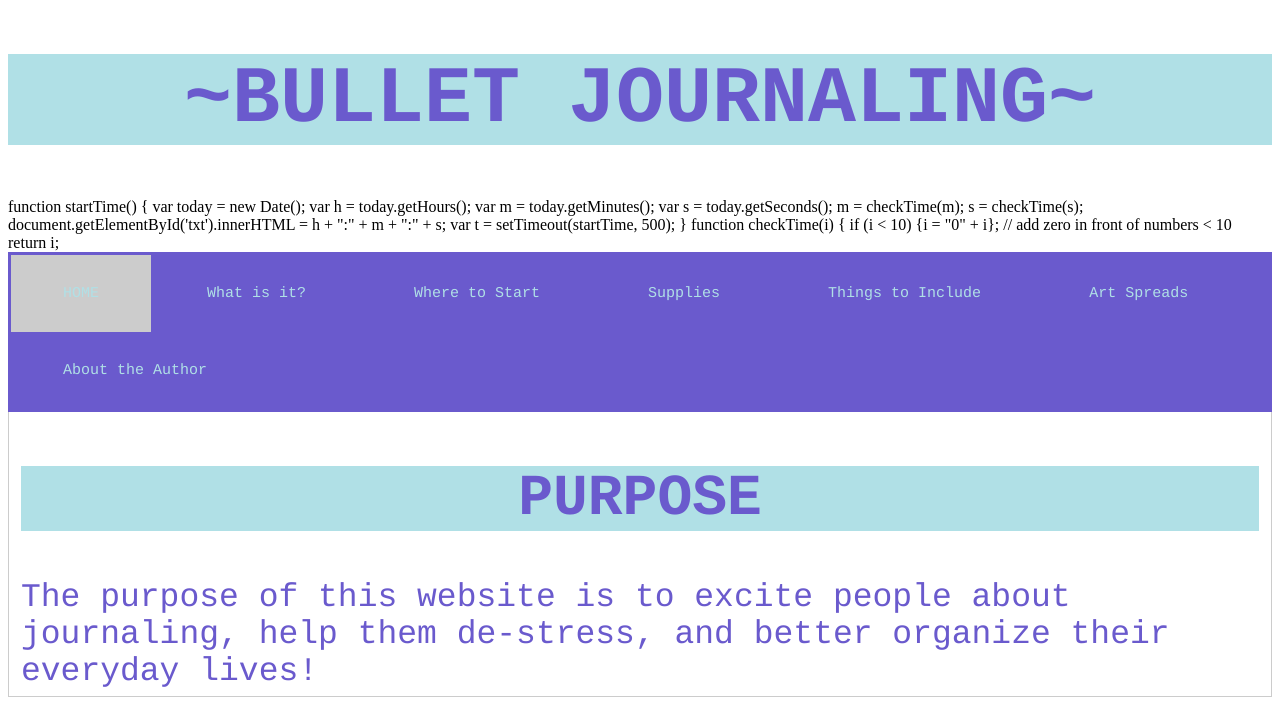
Repository: m-e-l-i-s-s-a/m-e-l-i-s-s-a.github.io
Page: journaling/index.html
The author's editor kept a record of every edit. The page is drawn from the files as they stood at one moment, then again after the next edit.
The browser window is 1280 px wide. The pictures show the whole page.

Above is the page before.

After the next edit:
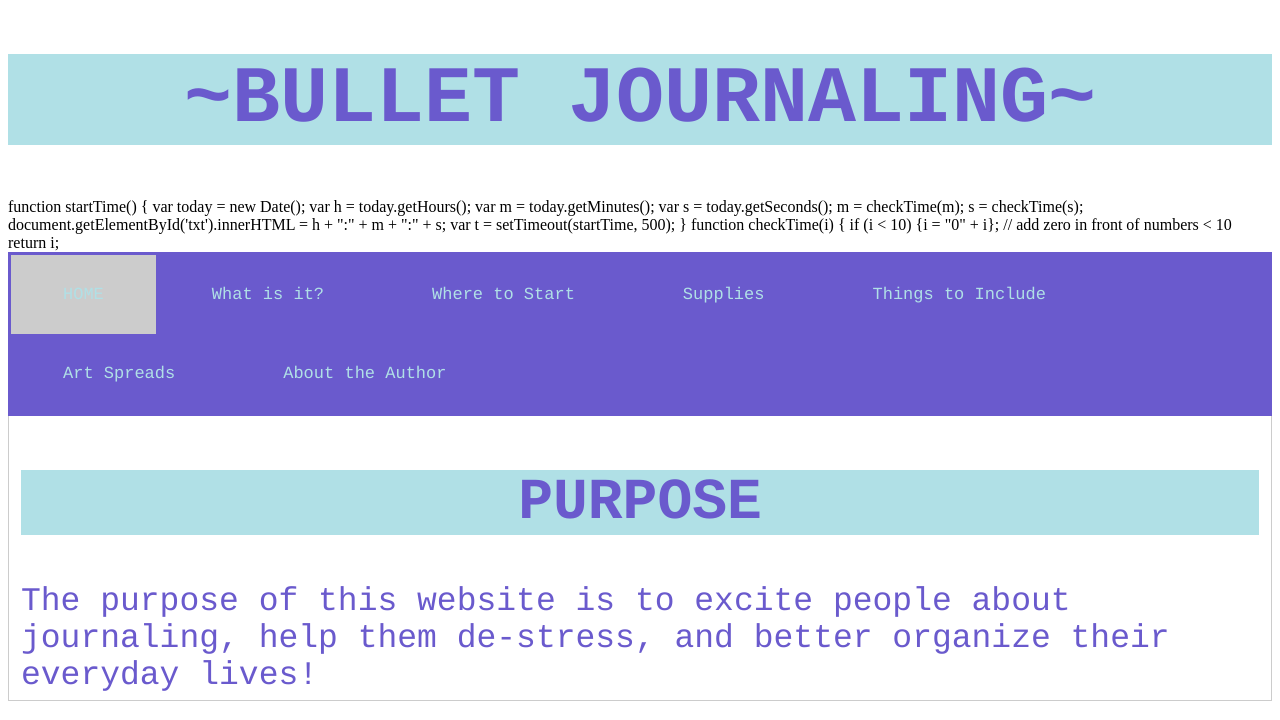
The edit:
--- a/journaling/journaling.css
+++ b/journaling/journaling.css
@@ -57,7 +57,7 @@
               padding: 30px 52px;
               transition: 0.3s;
               font-family: courier;
-              font-size: 15px
+              font-size: 17px
        }
 
 /* Change background color of buttons on hover */
